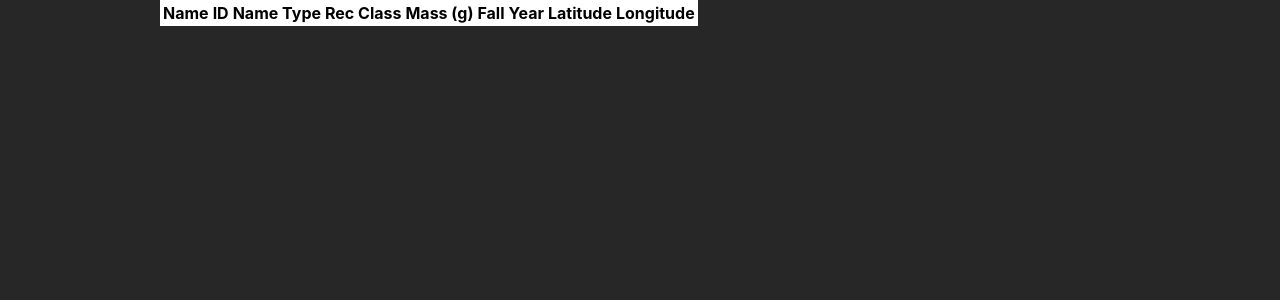
Repository: Tsardines/meteorite-explorer
Page: / (app in meteorite-explorer/)
These files come from the project's save history. The page is drawn as it stood at one moment and after the next save; the edit follows.
The browser window is 1280 px wide. The pictures show the whole page.
The page's requests for data from a server got no answer. The project was rebuilt for these pictures with package versions that can differ from the ones it lists, and the page was loaded fresh each time. No one was signed in, and anything a server would have sent is missing.

Above is the page before, as saved 2019-05-27 16:38:03.

### meteorite-explorer/src/App.js
import React, { Component } from 'react';
import './App.css';

// import { BootstrapTable, TableHeaderColumn } from 'react-bootstrap-table';
// import 'react-bootstrap-table-next/dist/react-bootstrap-table2.min.css';

// import Table from 'react-bootstrap/Table';

class App extends Component {
  constructor(props) {
    super(props);

  this.state = {
    items: []
  };
  this.componentWillMount = this.componentWillMount.bind(this);
}

componentWillMount() {
  fetch('https://data.nasa.gov/resource/gh4g-9sfh.json')
  .then(res => res.json())
  .then(data => {
    this.setState({ items: data });
  });
}


  render() {

    const { items } = this.state;

    return (

      <div className="wrapper">
        <table className="my-table">
          <thead>
            <th>Name</th>
            <th>ID</th>
            <th>Name Type</th>
            <th>Rec Class</th>
            <th>Mass (g)</th>
            <th>Fall</th>
            <th>Year</th>
            <th>Latitude</th>
            <th>Longitude</th>
          </thead>

          <tbody>
          { items.map((item, num) => {
            return (
              <tr>
                <td><p key={num}>{item.name}</p></td>
                <td><p key={num}>{item.id}</p></td>
                <td><p key={num}>{item.nametype}</p></td>
                <td><p key={num}>{item.recclass}</p></td>
                <td><p key={num}>{item.mass}</p></td>
                <td><p key={num}>{item.fall}</p></td>
                <td><p key={num}>{item.year}</p></td>
                <td><p key={num}>{item.reclat}</p></td>
                <td><p key={num}>{item.reclong}</p></td>
              </tr>
            )
          })}
          </tbody>
        </table>
      </div>
    )
  } // render

}

export default App;

### meteorite-explorer/src/App.css
body {
  background-color: rgb(39, 39, 39);
}

.wrapper {
  /* background-color: aqua; */
  height: 30rem;
  overflow-y: scroll;
}

.my-table {
  background-color: white;
  margin: 0 10rem;
}

.my-table tr:nth-child(odd):hover {
  background-color: rgb(206, 206, 206);
}

/* .theader th {
  padding-right: 1rem;
} */

/* .table-main {
  background-color: bisque;
}

.table-main:nth-child(even) {
  background-color: aquamarine;
} */

Loaded but not shown: meteorite-explorer/public/index.html (common file); meteorite-explorer/src/index.js (common file); meteorite-explorer/src/index.css (common file); meteorite-explorer/src/serviceWorker.js (common file)

After the next save:
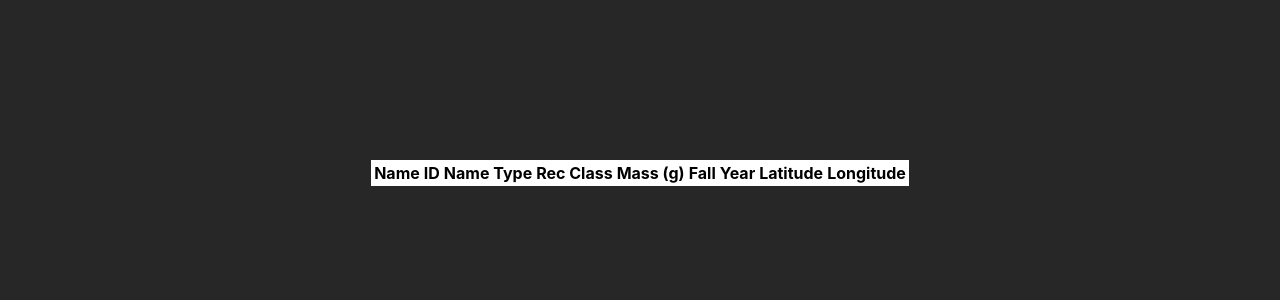
Saved 10 s later.
--- a/meteorite-explorer/src/App.css
+++ b/meteorite-explorer/src/App.css
@@ -10,7 +10,7 @@ body {
 
 .my-table {
   background-color: white;
-  margin: 0 10rem;
+  margin: 10rem auto;
 }
 
 .my-table tr:nth-child(odd):hover {
